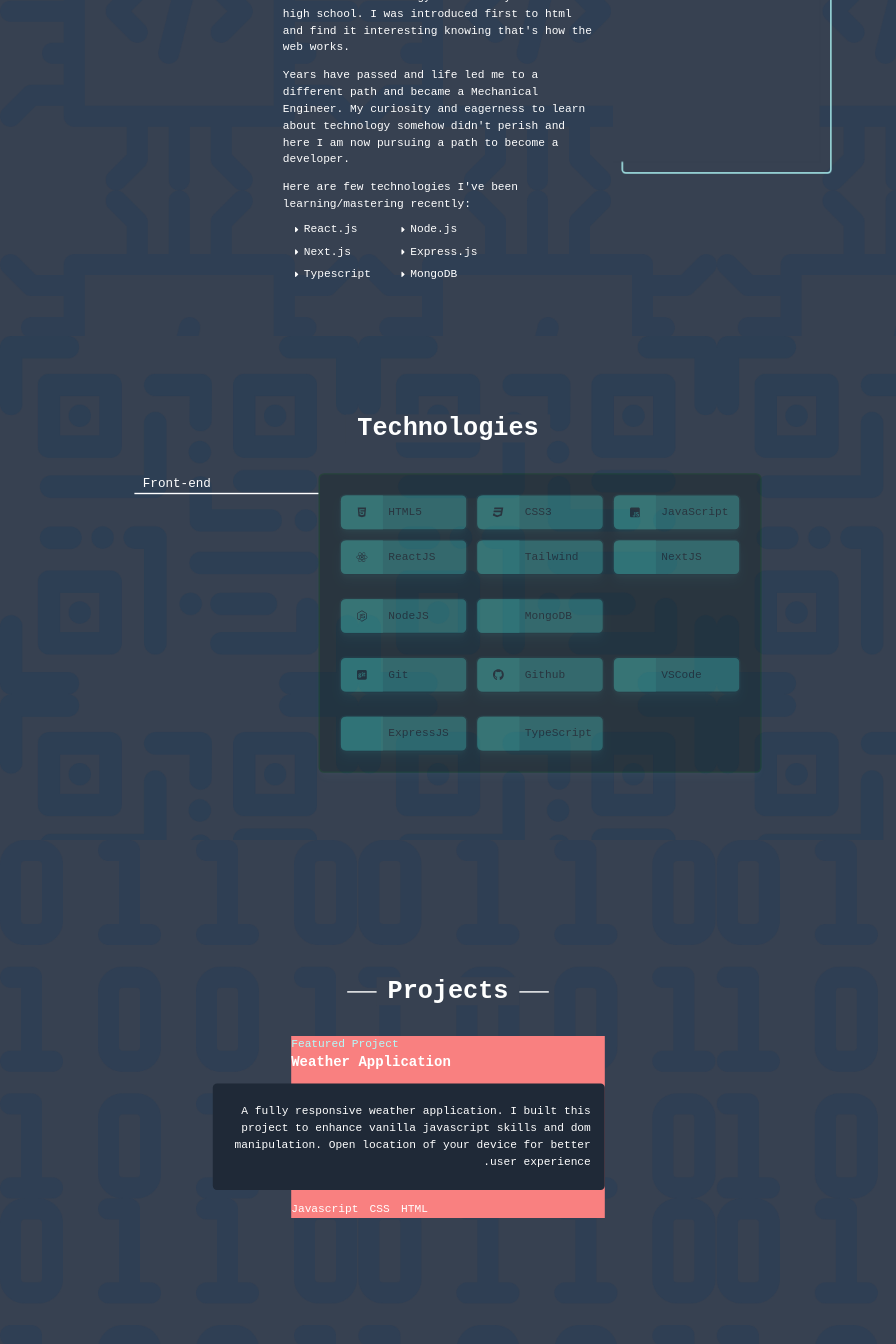
Repository: riandev25/nextjs-portfolio
Page: /
These files come from the project's save history. The page is drawn as it stood at one moment and after the next save; the edit follows.
The browser window is 1280 px wide. The pictures show the part of the page from y = 960 to 2880 px (the page is 2880 px tall), at 70% of full size.
Backgrounds fixed to the window are drawn as part of the page. The project was rebuilt for these pictures with package versions that can differ from the ones it lists, and the page was loaded fresh each time. The framework's server and built-in components were replaced by stand-ins that run in the browser. Also part of the build but not shown: next.config.js, components/Home/Keyboard/index.module.css, components/Home/Keyboard/index.jsx.

Above is the page before, as saved 2022-11-12 20:07:14.

### pages/_app.jsx
import Head from 'next/head';
import link from 'next/link';
import '../styles/globals.css';

import Layout from '../components/Layout';
import { ParallaxProvider } from 'react-scroll-parallax';

function MyApp({ Component, pageProps }) {
  return (
    <ParallaxProvider>
      <Head>
        <title>Rian Miguel Engracia</title>
        <meta name='viewport' content='initial-scale=1.0, width=device-width' />
        <link
          rel='apple-touch-icon'
          sizes='180x180'
          href='/apple-touch-icon.png'
        />
        <link
          rel='icon'
          type='image/png'
          sizes='32x32'
          href='/favicon-32x32.png'
        />
        <link
          rel='icon'
          type='image/png'
          sizes='16x16'
          href='/favicon-16x16.png'
        />
        <link rel='manifest' href='/site.webmanifest' />
        <link rel='mask-icon' href='/safari-pinned-tab.svg' color='#5bbad5' />
        <meta name='msapplication-TileColor' content='#2d89ef' />
        <meta name='theme-color' content='#ffffff' />
      </Head>
      <Layout>
        <Component {...pageProps} />
      </Layout>
    </ParallaxProvider>
  );
}

export default MyApp;

### pages/index.jsx
import Head from 'next/head';
import Image from 'next/image';
import Home from '../components/Home/Home';
import { Fragment } from 'react';
import Header from '../components/Header';
import About from '../components/About';
import Technologies from '../components/Technologies';
import Projects from '../components/Projects';

export default function Page() {
  return (
    <Fragment>
      <Header />
      <Home />
      <About />
      <Technologies />
      <Projects title='Projects' />
    </Fragment>
  );
}

### styles/globals.css
@tailwind base;
@tailwind components;
@tailwind utilities;

html,
body {
  padding: 0;
  margin: 0;
  /* font-family: 'Roboto', sans-serif; */
  font-family: monospace, sans-serif;
}

a {
  color: inherit;
  text-decoration: none;
}

* {
  box-sizing: border-box;
}

.image-filter {
  /* filter: invert(93%) sepia(19%) saturate(586%) hue-rotate(121deg)
    brightness(102%) contrast(97%); */
  filter: invert(93%) sepia(69%) saturate(347%) hue-rotate(120deg)
    brightness(104%) contrast(97%);
  opacity: 0.3;
  transition: filter 0.3s, opacity 0.3s;
}

.image-filter:hover {
  filter: none;
  opacity: 1;
}

@media (prefers-color-scheme: dark) {
  html {
    color-scheme: dark;
  }
  body {
    color: white;
    background: black;
  }
}

### components/Layout/index.jsx
import Header from '../Header';
import Email from '../Header/Email';

const Layout = ({ children }) => {
  return (
    <div className='relative w-full h-full bg-gray-700' dir='ltr'>
      <Header />
      <Email />
      {children}
    </div>
  );
};

export default Layout;

### components/Home/Home.jsx
import Link from 'next/link';
import Image from 'next/future/image';
import { useParallax } from 'react-scroll-parallax';
import styles from './index.module.css';
import DevImage from '../../assets/images/dev-image.svg';
import GithubImage from '../../assets/images/github-neon-fill.png';
import LinkedinImage from '../../assets/images/linkedin-neon-fill.png';
import FacebookImage from '../../assets/images/facebook-neon-fill.png';
import Keyboard from './Keyboard';
import { useState } from 'react';

export const images = [
  {
    id: 'github',
    imgSrc: GithubImage,
    link: 'https://github.com/riandev25',
  },
  {
    id: 'linkedin',
    imgSrc: LinkedinImage,
    link: 'https://www.linkedin.com/in/rian-miguel-engracia/',
  },
  {
    id: 'facebook',
    imgSrc: FacebookImage,
    link: 'https://web.facebook.com/rianmiguel.engracia',
  },
  {
    id: 'email',
    email: 'rianengracia@gmail.com',
  },
];

const nameArray = ['I', '&apos;', 'm', ' ', 'R', 'i', 'a', 'n'];
const jobArray = [
  'f',
  'u',
  'l',
  'l',
  ' ',
  's',
  't',
  'a',
  'c',
  'k',
  ' ',
  'd',
  'e',
  'v',
  'e',
  'l',
  'o',
  'p',
  'e',
  'r',
];

const Home = () => {
  const { ref } = useParallax({
    translateY: [-100, 30, 'easeInOut'],
  });
  const [keyboard, setKeyboard] = useState(true);
  return (
    <header className='flex justify-center items-center w-full h-screen px-20 bg-fixed bg-repeat bg-bg_gear_image'>
      <section ref={ref} className='w-4/12 space-y-4'>
        <div className='flex flex-col gap-2.5 place-items-start'>
          <h1 className={`text-xl font-thin text-white ${styles.typingLet}`}>
            Hi there!
          </h1>
          <h1 className='text-6xl font-bold animate-neon_text'>
            I&apos;m Rian Miguel
          </h1>
          <h1 className='text-xl text-white font-bold'>
            <span className='text-xl font-thin'>a</span> Full Stack Developer
          </h1>
        </div>
        <ul className='flex flex-row gap-4'>
          {images.map((item) => {
            if (item.id === 'email') return;
            return (
              <li
                className='block p-3 bg-gray-800 border rounded-lg border-[#b2fcfb] transition-all hover:scale-110'
                key={item.id}
              >
                <Link href={item.link} legacyBehavior>
                  <a className=''>
                    <Image
                      className=''
                      src={item.imgSrc}
                      alt={item.id}
                      width={20}
                      height={20}
                      sizes='5vw'
                    />
                  </a>
                </Link>
              </li>
            );
          })}
        </ul>
      </section>
      <section className='hidden lg:flex max-w-2xl h-full justify-center items-center'>
        <Image
          src={DevImage}
          alt='dev-image'
          width={500}
          height={500}
          sizes='(max-width: 768px) 50vw'
        />
        {/* <Keyboard /> */}
      </section>
    </header>
  );
};

export default Home;

### components/Header/index.jsx
import Logo from '../Logo';
import Navbar from './Navbar';
import { FontAwesomeIcon } from '@fortawesome/react-fontawesome';
import { faBars } from '@fortawesome/free-solid-svg-icons';

const Header = () => {
  return (
    <nav className='px-8 py-1 bg-gray-700 dark:bg-gray-900 fixed w-full z-50 top-0 left-0 border-b shadow-sm border-gray-700 md:px-20 md:py-3 dark:border-gray-600'>
      <div className='flex flex-row justify-between items-center w-full'>
        <section className=''>
          <Logo />
        </section>

        <div className='flex md:order-2'>
          <button
            type='button'
            className='hidden lg:flex bg-transparent text-[#b2fcfb] border border-[#b2fcfb] hover:bg-[#b2fcfb] hover:opacity-40 transition-all font-medium rounded-lg text-sm px-5 py-2.5 text-center mr-3 md:mr-0 dark:bg-blue-600 dark:hover:bg-blue-700 dark:focus:ring-blue-800'
          >
            Get started
          </button>
          <button
            data-collapse-toggle='navbar-sticky'
            type='button'
            className='cursor-pointer inline-flex items-center p-2 text-sm bg-white rounded-lg md:hidden hover:bg-gray-400 focus:outline-none focus:ring-2 focus:ring-gray-200 dark:text-gray-400 dark:hover:bg-gray-700 dark:focus:ring-gray-600'
            aria-controls='navbar-sticky'
            aria-expanded='false'
          >
            <span className='sr-only'>Open main menu</span>
            <FontAwesomeIcon icon={faBars} className='text-gray-800' />
          </button>
        </div>
        <Navbar />
      </div>
    </nav>
  );
};

export default Header;

### components/About/index.jsx
import Image from 'next/future/image';
import PageHeader from '../PageHeader';
import { FontAwesomeIcon } from '@fortawesome/react-fontawesome';
import { faCaretRight } from '@fortawesome/free-solid-svg-icons';
import ProgrammerImage from '../../assets/images/programmer.jpg';
import { useParallax } from 'react-scroll-parallax';

const technologies = [
  'React.js',
  'Node.js',
  'Next.js',
  'Express.js',
  'Typescript',
  'MongoDB',
];

const About = () => {
  return (
    <div className='pt-4 w-full h-screen flex flex-col gap-11 justify-center items-center text-white px-20 bg-bg_chip_image bg-fixed'>
      <PageHeader title='About me' />
      <div className='max-w-3xl flex flex-row gap-6'>
        <section className='max-w-md flex flex-col gap-4'>
          <p>
            Hi! I am Rian Miguel Engracia, a Registered Mechanical Engineer in
            the Philippines. My interest in technology started way back in high
            school. I was introduced first to html and find it interesting
            knowing that&apos;s how the web works.
          </p>
          <p>
            Years have passed and life led me to a different path and became a
            Mechanical Engineer. My curiosity and eagerness to learn about
            technology somehow didn&apos;t perish and here I am now pursuing a
            path to become a{' '}
            <span className='text-[neon-green] no-underline decoration-[neon-green] underline-offset-4 decoration-2 hover:underline'>
              developer
            </span>
            .
          </p>
          <div className='flex flex-col gap-3'>
            <p>
              Here are few technologies I&apos;ve been learning/mastering
              recently:
            </p>
            <ul className='grid grid-cols-3 gap-2'>
              {technologies.map((item, i) => {
                return (
                  <li
                    key={item}
                    className={`${(i + 1) % 2 === 0 ? 'col-span-2' : ''}
                    } flex justify-start items-center gap-2 pl-4`}
                  >
                    <FontAwesomeIcon icon={faCaretRight} className='w-1.5' />
                    <span className=''>{item}</span>
                  </li>
                );
              })}
            </ul>
          </div>
        </section>
        <section className='relative'>
          <div className='absolute z-20 w-[295px] h-[295px] bg-gray-700'></div>
          <Image
            className='relative z-30 rounded-md image-filter bg-[#b2fcfb] border-2 peer'
            src={ProgrammerImage}
            alt='developer'
            width={300}
            height={300}
            priority='true'
            sizes='(max-width: 768px) 100vw, 50vw'
          />
          <div className='absolute top-0 left-0 w-[300px] h-[300px] bg-transparent border-2 border-[#b2fcfb] transition-duration-300 delay-300 ease-in-out translate-x-3 translate-y-3 z-10 rounded-md peer-hover:translate-x-2 peer-hover:translate-y-2 '></div>
        </section>
      </div>
    </div>
  );
};

export default About;

### components/Projects/index.jsx
import Link from 'next/link';
import Image from 'next/future/image';
import PageHeader from '../PageHeader';
import WeatherImage from '../../assets/images/weather-app.png';
import { FontAwesomeIcon } from '@fortawesome/react-fontawesome';
import { faGithubAlt } from '@fortawesome/free-brands-svg-icons';
import { faSquareArrowUpRight } from '@fortawesome/free-solid-svg-icons';
import Links from './Links';

const TECH_WEATHER = ['HTML', 'CSS', 'Javascript'];
const WEATHER = [
  {
    id: 1,
    icon: faGithubAlt,
    link: 'https://riandev25.github.io/js-weather-app/dist/',
  },
  {
    id: 2,
    icon: faSquareArrowUpRight,
    link: 'https://riandev25.github.io/js-weather-app/dist/',
  },
];

const Projects = () => {
  return (
    <div className='pt-4 flex flex-col w-full h-screen gap-11 justify-center items-center text-white px-20 bg-bg_binary_image bg-fixed'>
      <PageHeader title='Projects' />
      <div className='flex flex-row justify-center items-center'>
        {/* <section className='relative w-24 h-24 flex'>
          <Image
            src={WeatherImage}
            alt='weather-app'
            fill
            className='object-cover w-7/12'
          />
        </section> */}
        <section
          className='w-[28rem] overflow-visible bg-red-400 space-y-4'
          dir='rtl'
        >
          <div className='flex flex-col justify-end items-end'>
            <h2 className='text-neon text-right'>Featured Project</h2>
            <h1 className='text-xl font-bold text-right'>
              Weather Application
            </h1>
          </div>
          <div className='w-[35rem] bg-gray-800 p-7 pr-5 rounded-md'>
            <p className='text-right'>
              A fully responsive weather application. I built this project to
              enhance vanilla javascript skills and dom manipulation. Open
              location of your device for better user experience.
            </p>
          </div>
          <ul className='flex flex-row justify-end items-center gap-4'>
            {TECH_WEATHER.map((item) => {
              return <li key={item}>{item}</li>;
            })}
          </ul>
          <Links array={WEATHER} />
        </section>
      </div>
    </div>
  );
};

export default Projects;

### components/Header/Email.jsx
import Link from 'next/link';
import Image from 'next/image';
import { images } from '../Home/Home';

const Email = () => {
  return (
    <aside className='fixed bottom-64 right-0'>
      <div className='flex justify-center items-center relative rotate-90'>
        <Link href='' legacyBehavior>
          <a className='z-50 transition-all text-[#b2fcfb] bg-gray-700 px-2 hover:text-[#68fffc] hover:scale-110'>
            rianengracia@gmail.com
          </a>
        </Link>
        <div className='w-96 bg-[#b2fcfb] absolute top-1/2 left-0 h-px'></div>
      </div>
    </aside>
  );
};

export default Email;

### components/Home/index.module.css
.typingLet {
  width: 134px;
  animation: typing 2s steps(12), blink 0.5s step-end infinite alternate;
  white-space: nowrap;
  overflow: hidden;
  border-right: 3px solid;
  font-family: monospace;
  font-size: 2em;
}

@keyframes typing {
  from {
    width: 0;
  }
}

@keyframes blink {
  50% {
    border-color: transparent;
  }
}

### components/Logo/index.jsx
import Image from 'next/future/image';
import LogoImage from '../../assets/images/logo.svg';
import LogoDark from '../../assets/images/logo-dark.svg';
import LogoLight from '../../assets/images/logo-light.svg';
import {
  faAngleLeft,
  faGear,
  faforward,
} from '@fortawesome/free-solid-svg-icons';
import { FontAwesomeIcon } from '@fortawesome/react-fontawesome';

const Logo = () => {
  return (
    <div className='flex items-center relative'>
      <Image
        src={LogoImage}
        alt='logo'
        width={185}
        height={55}
        className='hidden md:flex'
        sizes='(max-width: 768px) 15vw'
      />
      <Image
        src={LogoLight}
        alt='logo-light'
        width={50}
        height={50}
        className='flex md:hidden'
        sizes='(max-width: 768px) 15vw'
      />
    </div>
  );
};

export default Logo;

### components/Header/Navbar.jsx
import Link from 'next/link';

const Navbar = () => {
  const data = [
    {
      id: 'Home',
    },
    {
      id: 'About',
    },
    {
      id: 'Technologies',
    },
    {
      id: 'Projects',
    },
  ];
  return (
    <div
      className='hidden absolute top-0 right-0 justify-between items-center w-full md:flex md:relative md:w-auto md:order-1'
      id='navbar-sticky'
    >
      <ul className='flex flex-col justify-center items-center flex-auto rounded-lg md:justify-between md:flex-row md:space-x-12 md:p-2 md:mt-0 md:text-sm md:font-medium md:border-0 dark:bg-gray-800 md:dark:bg-gray-900 dark:border-gray-700'>
        {data.map((item) => {
          return (
            <li key={item.id} className='relative group'>
              <Link href={item.id}>
                <a
                  className='block py-2 px-1 text-base font-extralight text-white dark:text-white'
                  // aria-current='page'
                >
                  {item.id}
                </a>
              </Link>

              <span className='z-50 absolute bottom-1.5 w-0 h-[1px] bg-white transition-all md:group-hover:w-full'></span>
            </li>
          );
        })}
      </ul>
    </div>
  );
};

export default Navbar;

### components/PageHeader/index.jsx
const PageHeader = ({ title }) => {
  return (
    <div className='relative overflow-visible flex justify-center items-center'>
      <h1 className='relative z-10 w-full text-4xl font-bold flex flex-start bg-gray-700 px-4 animate-neon_text'>
        {title}
      </h1>
      <span className='absolute top-1/2 w-72 h-0.5 bg-white animated-neon_bg'></span>
    </div>
  );
};

export default PageHeader;

### components/Projects/Links.jsx
import Link from 'next/link';
import { FontAwesomeIcon } from '@fortawesome/react-fontawesome';

const Links = ({ array }) => {
  array.map((item) => {
    return (
      <ul key={item.id} className='flex flex-row'>
        <li>
          <Link href={item.link} passHref>
            <a>
              <FontAwesomeIcon icon={item.icon} className='text-white w-3' />
            </a>
          </Link>
        </li>
      </ul>
    );
  });
};

export default Links;

// 'https://riandev25.github.io/js-weather-app/dist/'

Loaded but not shown: tailwind.config.js (60 lines, source omitted); pages/_document.js (24 lines, source omitted); components/Technologies/index.jsx (206 lines, source omitted)

After the next save:
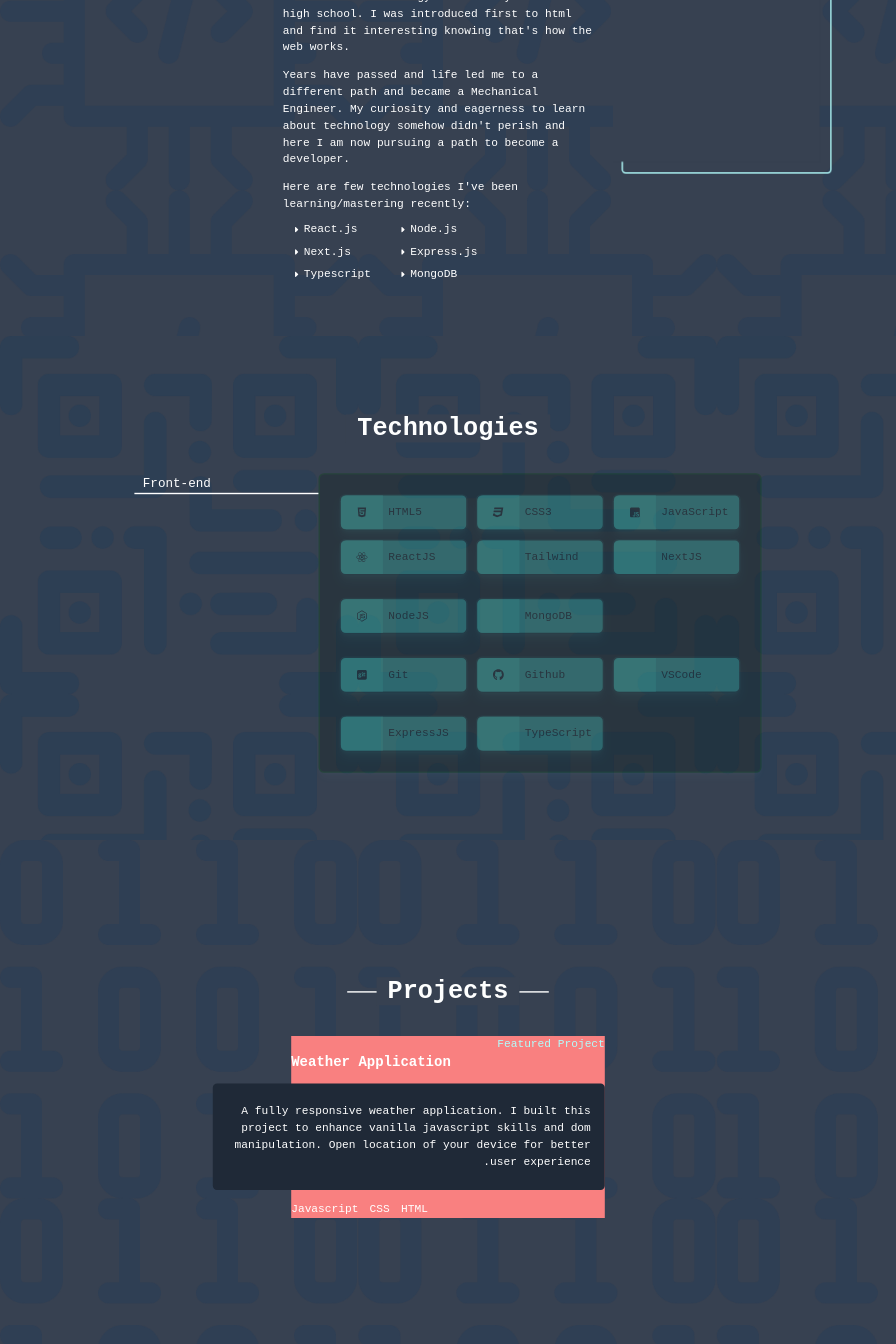
Saved 2 min 11 s later.
--- a/components/Projects/index.jsx
+++ b/components/Projects/index.jsx
@@ -39,7 +39,7 @@
           dir='rtl'
         >
           <div className='flex flex-col justify-end items-end'>
-            <h2 className='text-neon text-right'>Featured Project</h2>
+            <h2 className='w-full text-neon text-right'>Featured Project</h2>
             <h1 className='text-xl font-bold text-right'>
               Weather Application
             </h1>

After the save that followed:
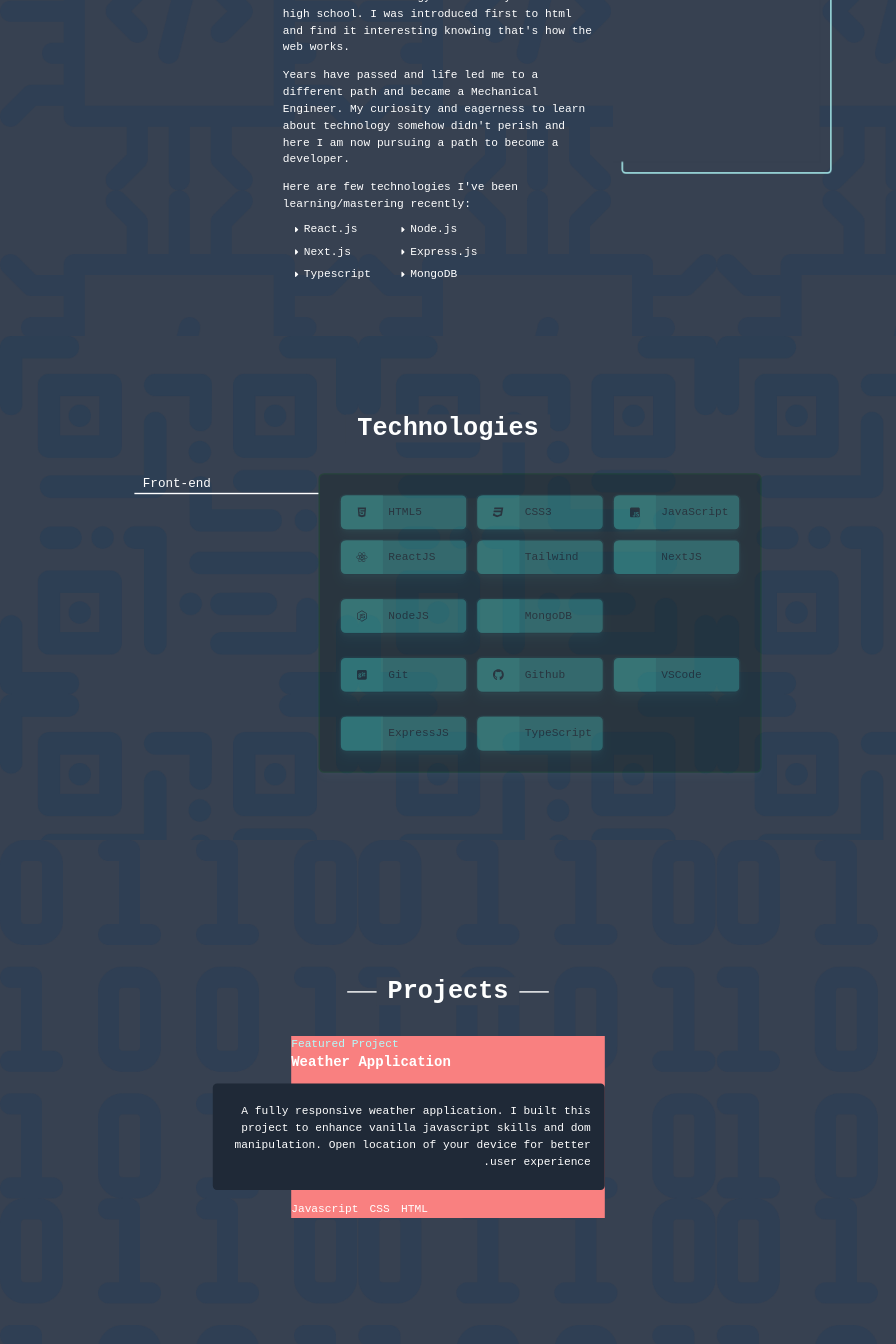
Saved 36 s later.
--- a/components/Projects/index.jsx
+++ b/components/Projects/index.jsx
@@ -38,8 +38,8 @@
           className='w-[28rem] overflow-visible bg-red-400 space-y-4'
           dir='rtl'
         >
-          <div className='flex flex-col justify-end items-end'>
-            <h2 className='w-full text-neon text-right'>Featured Project</h2>
+          <div className='flex flex-col justify-end items-end w-full'>
+            <h2 className='text-neon text-right'>Featured Project</h2>
             <h1 className='text-xl font-bold text-right'>
               Weather Application
             </h1>
